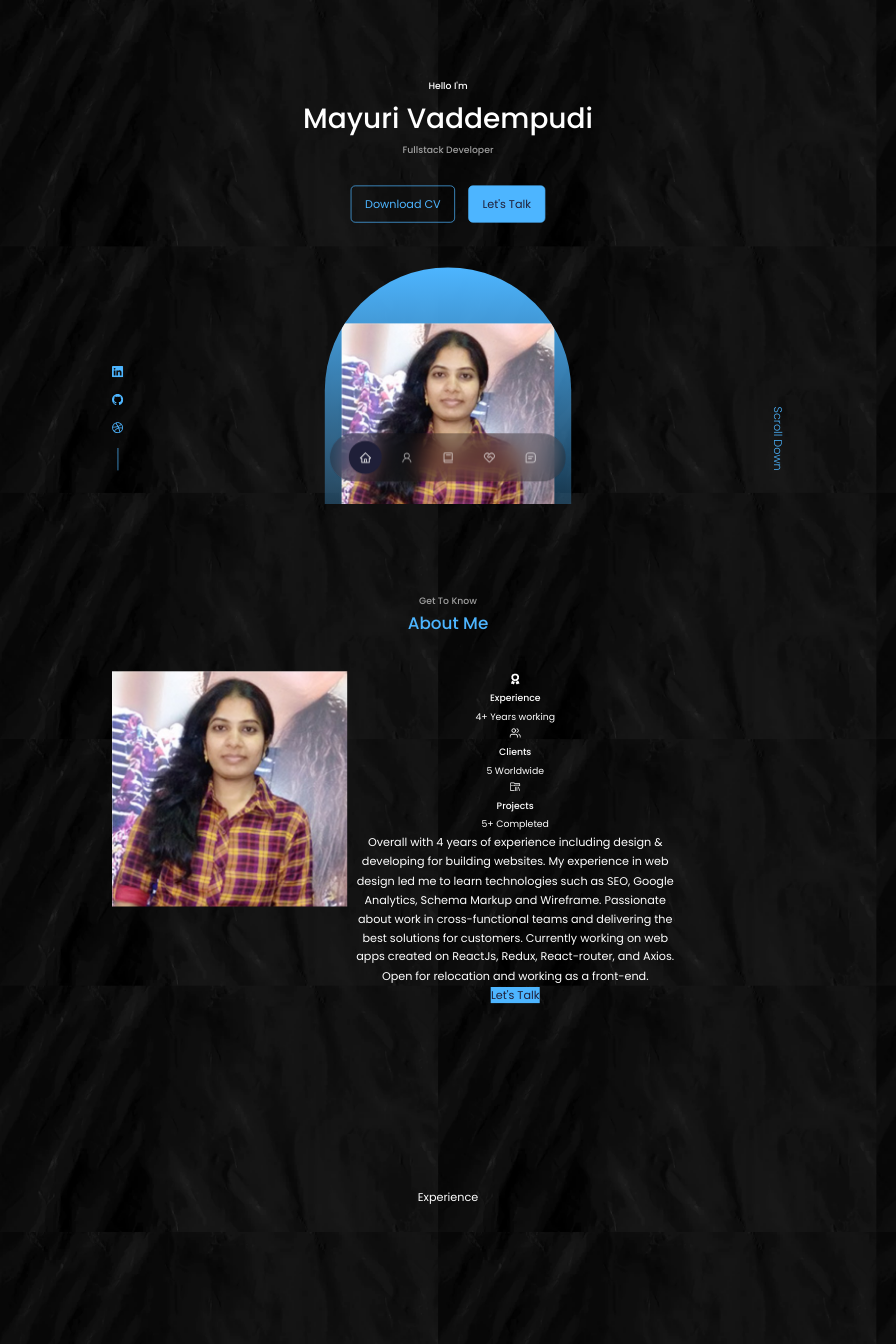
Repository: mayuri2018/Mr_react_portfolio
Page: /
These files come from the project's save history. The page is drawn as it stood at one moment and after the next save; the edit follows.
The browser window is 1280 px wide. The pictures show the part of the page from y = 0 to 1920 px (the page is 5835 px tall), at 70% of full size.
The project was rebuilt for these pictures with package versions that can differ from the ones it lists, and the page was loaded fresh each time. Also part of the build but not shown: src/components/experience/experience.css, src/components/services/services.css, src/components/portfolio/portfolio.css, src/components/testimonials/testimonials.css, src/components/contact/contact.css, src/components/footer/footer.css.

Above is the page before, as saved 2023-01-25 13:30:36.

### public/index.html
<!DOCTYPE html>
<html lang="en">
  <head>
    <meta charset="utf-8" />
    <link rel="icon" href="%PUBLIC_URL%/favicon.ico" />
    <meta name="viewport" content="width=device-width, initial-scale=1" />
    <meta name="theme-color" content="#000000" />
    <meta
      name="description"
      content="Web site created using create-react-app"
    />
    <link rel="apple-touch-icon" href="%PUBLIC_URL%/logo192.png" />
    <!--
      manifest.json provides metadata used when your web app is installed on a
      user's mobile device or desktop. See https://developers.google.com/web/fundamentals/web-app-manifest/
    -->
    <link rel="manifest" href="%PUBLIC_URL%/manifest.json" />
    <!--
      Notice the use of %PUBLIC_URL% in the tags above.
      It will be replaced with the URL of the `public` folder during the build.
      Only files inside the `public` folder can be referenced from the HTML.

      Unlike "/favicon.ico" or "favicon.ico", "%PUBLIC_URL%/favicon.ico" will
      work correctly both with client-side routing and a non-root public URL.
      Learn how to configure a non-root public URL by running `npm run build`.
    -->
    <title>React portfolio</title>
  </head>
  <body>
    <noscript>You need to enable JavaScript to run this app.</noscript>
    <div id="root"></div>
    <!--
      This HTML file is a template.
      If you open it directly in the browser, you will see an empty page.

      You can add webfonts, meta tags, or analytics to this file.
      The build step will place the bundled scripts into the <body> tag.

      To begin the development, run `npm start` or `yarn start`.
      To create a production bundle, use `npm run build` or `yarn build`.
    -->
  </body>
</html>

### src/index.css
@import url('https://fonts.googleapis.com/css2?family=Poppins:wght@300;400;500;600&display=swap');
*{
  margin:0;
  padding: 0;
  border: 0;
  outline: 0;
  box-sizing:border-box;
  list-style: none;
  text-decoration: none;
}
:root{
  --color-bg:#1f1f38;
  --color-bg-variant:#2c2c6c;
  --color-primary:#4db5ff;
  --color-primary-vriant:rgba(77,181,255,0.4);
  --color-white:#fff;
  --color-light:rgba(255, 255, 255, 0.6);
  --transition: all 400ms;
  --container-width-lg:75%;
  --container-width-md:86%;
  --container-width-ms:90%;
}

html {
  scroll-behavior: smooth;
}

::-webkit-scrollbar{
  display: none;
}
body{
  font-family: "Poppins", sans-serif;
  background:var (--color-white);
  color: var(--color-white);
  line-height: 1.7;
  background-image: url(../src/assets/bg-texture.webp);
}
/*---------general style---------*/
.container{
  width: var(--container-width-lg);
  margin: 0 auto;
}

h1,
h2,
h3,
h4,
h5{
  font-weight:500;
}
h1{
  font-size: 2.5rem;
}
section{
  margin-top: 8rem;
  height: 100vh;
}
section > h2,
section >h5{
  text-align: center;
  color: var(--color-light);
}
section > h2{
  color: var(--color-primary);
  margin-bottom: 3rem;
}
.text-light{
  color: var(--color-light);
}
a{
  color: var(--color-primary);
  transition: var(--transition);
}
a:hover{
  color: var(--color-white);
}
.btn{
  width: max-content;
  display: inline-block;
  color: var(--color-primary);
  padding: 0.75rem 1.2rem;
  border-radius: 0.4rem;
  cursor: pointer;
  border: 1px solid var(--color-primary);
  transition: var(--transition);
}
.btn:hover{
  background: var(--color-white);
  color: var(--color-bg);
  border-color: transparent;
}
.btn-primary{
  background: var(--color-primary);
  color: var(--color-bg);
}
img{
  display: block;
  width: 100%;
  object-fit: cover;
}
/*----------Media Queries (Medium devices)-----*/
@media screen and (max-width: 1024px){
  .container{
    width: var(--container-width-md);
  }
  section{
    margin-top: 6rem;
  }

}
/*----------Media Queries (small devices)-----*/
@media screen and (max-width: 600px){
  .container{
    width: var(--container-width-md);
  }
  section > h2{
    margin-bottom: 2rem;
  }

}

### src/App.js
import logo from './logo.svg';
import './App.css';
import Header from "./components/header/Header";
import Nav from "./components/nav/Nav";
import About from "./components/about/About";
import Experience from "./components/experience/Experience";
import Services from "./components/services/Services";
import Portfolio from "./components/portfolio/Portfolio";
import Testimonials from "./components/testimonials/Testimonials";
import Contact from "./components/contact/Contact";
import Footer from "./components/footer/Footer";

function App() {
  return (
    <div className="App">
      <Header/>
      <Nav/>
      <About/>
      <Experience/>
      <Services/>
      <Portfolio/>
      <Testimonials/>
      <Contact/>
      <Footer/>

    </div>
  );
}

export default App;

### src/components/header/Header.jsx
import React from "react";
import "./header.css";
import ME from "../../assets/ME.jpeg";
import CTA from "./CTA";
import HeaderSocials from "./HeaderSocials";

export default function Header(){
    return(
        <header>
            <div className="container header_container">
                <h5>Hello I'm</h5>
                <h1>Mayuri Vaddempudi</h1>
                <h5 className="text-light">Fullstack Developer</h5>
                <CTA/>
                <HeaderSocials/>
                <div className="me">
                    <img src={ME} alt="me"/>
                </div>
                <a href="#contact" className="scroll_down">Scroll Down</a>
            </div>
        </header>

    )
}

### src/components/nav/Nav.jsx
import React from "react";
import "./nav.css";
import {AiOutlineHome} from "react-icons/ai";
import {BiBook} from "react-icons/bi";
import {AiOutlineUser} from "react-icons/ai";
import {RiServiceLine} from "react-icons/ri";
import {BiMessageSquareDetail} from "react-icons/bi";
import { useState } from "react";

export default function Nav(){
    const[activeNav, setActiveNav] = useState("#")
    return(
        <nav>
            <a href="#" onClick = {()=> setActiveNav("#")}className={activeNav === "#" ? "active" : ""}><AiOutlineHome/></a>
            <a href="#about" onClick = {()=> setActiveNav("#about")}className={activeNav === "#about" ? "active" : ""}><AiOutlineUser/></a>
            <a href="#experience" onClick = {()=> setActiveNav("#experience")}className={activeNav === "#experience" ? "active" : ""}><BiBook/></a>
            <a href="#services" onClick = {()=> setActiveNav("#services")}className={activeNav === "#services" ? "active" : ""}><RiServiceLine/></a>
            <a href="#contact" onClick = {()=> setActiveNav("#contact")}className={activeNav === "#contact" ? "active" : ""}><BiMessageSquareDetail/></a>
        </nav>

    )
}

### src/components/about/About.jsx
import React from "react";
import "./about.css";
import ME from "../../assets/ME.jpeg";
import{FaAward} from "react-icons/fa";
import{FiUsers} from "react-icons/fi";
import{VscFolderLibrary} from "react-icons/vsc";

export default function About(){
    return(
        <section id="about">
            <h5>Get To Know</h5>
            <h2>About Me</h2>
            <div className="container about_container">
                <div className="about_me">
                    <div className="about_me-image">
                        <img src={ME} alt="About-image"/>
                    </div>
                </div>

                <div className="about_content">
                    <div className="about_cards">
                        <article className="about_card">
                            <FaAward className="about_icon"/>
                            <h5>Experience</h5>
                            <small>4+ Years working</small>
                        </article>

                        <article className="about_card">
                            <FiUsers className="about_icon"/>
                            <h5>Clients</h5>
                            <small>5 Worldwide</small>
                        </article>

                        <article className="about_card">
                            <VscFolderLibrary className="about_icon"/>
                            <h5>Projects</h5>
                            <small>5+ Completed</small>
                        </article>
                    </div>
                    <p>
                    Overall with 4 years of experience including design & developing for building websites.
                    My experience in web design led me to learn technologies such as SEO, Google Analytics,
                    Schema Markup and Wireframe.
                    Passionate about work in cross-functional teams and delivering the best solutions for customers.
                    Currently working on web apps created on ReactJs, Redux, React-router, and Axios.
                    Open for relocation and working as a front-end.
                    </p>
                    <a href="#contact" className="btn-primary">Let's Talk</a>
                </div>
            </div>
        </section>
    )
}

### src/components/experience/Experience.jsx
import React from "react";
import "./experience.css";

export default function Experience (){
    return(
        <section id="experience">Experience</section>
    )
}

### src/components/services/Services.jsx
import React from "react";
import "./services.css";

export default function Services(){
    return(
        <section id="services">Services</section>
    )
}

### src/components/portfolio/Portfolio.jsx
import React from "react";
import "./portfolio.css";

export default function Portfolio(){
    return(
        <section id="portfolio">Portfolio</section>
    )
}

### src/components/testimonials/Testimonials.jsx
import React from "react";
import "./testimonials.css";

export default function Testimonials(){
    return(
        <section id="testimonials">Testimonials</section>
    )
}

### src/components/contact/Contact.jsx
import React from "react";
import "./contact.css";

export default function Contact(){
    return(
        <section id="contact">Contact</section>
    )
}

### src/components/footer/Footer.jsx
import React from "react";
import "./footer.css";

export default function Footer(){
    return(
        <div>Footer</div>
    )
}

### src/components/header/header.css
header{
    height: 100vh;
    padding-top: 7rem;
    overflow: hidden;
}
.header_container{
    text-align: center;
    height: 100%;
    position: relative;
}
/*------------CTA-----------*/
.cta{
    margin-top: 2.5rem;
    display: flex;
    gap: 1.2rem;
    justify-content: center;
}
/*------------headerSocials-----------*/
.header_socials{
    display: flex;
    flex-direction: column;
    align-items: center;
    gap: 0.8rem;
    position: absolute;
    left: 0;
    bottom: 3rem;
}
.header_socials::after{
    content: "";
    width: 1px;
    height: 2rem;
    background: var(--color-primary);
}
/*------------ME-----------*/
.me{
    background: linear-gradient(var(--color-primary), transparent);
    width: 22rem;
    height: 30rem;
    position: absolute;
    left: calc(50% - 11rem);
    margin-top: 4rem;
    border-radius: 12rem 12rem 0 0;
    overflow: hidden;
    padding: 5rem 1.5rem 1.5rem 1.5rem;
}
/*------------scroll down-----------*/
.scroll_down{
    position: absolute;
    right: -2.3rem;
    bottom: 5rem;
    transform: rotate(90deg);
    font-weight: 300;
    font-size: 0.9;
}
/*----------Media Queries (Medium devices)-----*/
@media screen and (max-width: 1024px){
    header{
        height: 68vh;
    }

  }
  /*----------Media Queries (small devices)-----*/
  @media screen and (max-width: 600px){
    header{
        height: 100vh;
    }
    .header_socials,
    .scroll_down{
        display: none;
    }
  }

### src/components/header/CTA.jsx
import React from "react";

export default function CTA(){
    return(
        <div className="cta">
           <a href="{CV}" className="btn">Download CV</a>
           <a href="#contact" className="btn btn-primary">Let's Talk</a>
        </div>
    )
}

### src/components/header/HeaderSocials.jsx
import React from "react";
import {BsLinkedin} from "react-icons/bs";
import {BsGithub} from "react-icons/bs";
import {FaDribbble} from "react-icons/fa";

export default function HeaderSocials(){
    return(
        <div className="header_socials">
            <a href="https://linkedin.com" target="_blank"><BsLinkedin/></a>
            <a href="https://github.com" target="_blank"><BsGithub/></a>
            <a href="https://dribble.com" target="_blank"><FaDribbble/></a>
        </div>
    )
}

### src/components/nav/nav.css
nav{
    background: rgba(0, 0, 0, 0.3);
    width: max-content;
    display: block;
    padding: 0.7rem 1.7rem;
    z-index: 2;
    position: fixed;
    left: 50%;
    transform: translate(-50%);
    bottom: 2rem;
    display: flex;
    gap: 0.8rem;
    border-radius: 3rem;
    backdrop-filter: blur(15px);
}
nav a{
    background: transparent;
    padding: 0.9rem;
    border-radius: 50%;
    display: flex;
    color: var(--color-light);
    font-size: 1.1rem;
}
nav a:hover{
    background:rgba(0, 0, 0, 0.3);
}
nav a.active{
    background: var(--color-bg);
    color: var(--color-white);
}

### src/components/about/about.css
.about_container{
    display: grid;
    grid-template-columns: 35% 50%;
}

Loaded but not shown: src/index.js (common file); src/reportWebVitals.js (common file); src/App.css (common file)

After the next save:
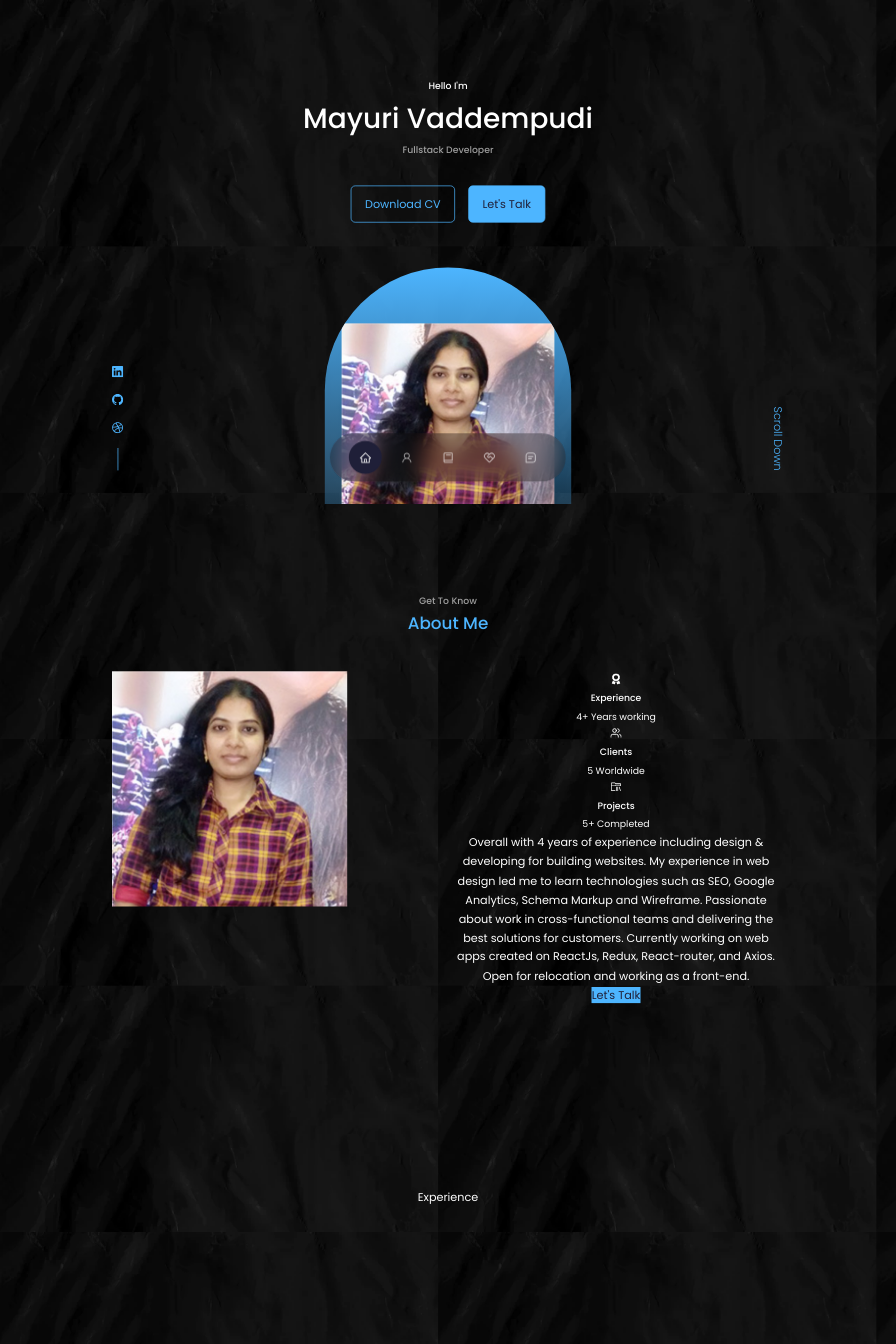
Saved 11 s later.
--- a/src/components/about/about.css
+++ b/src/components/about/about.css
@@ -1,4 +1,5 @@
 .about_container{
     display: grid;
     grid-template-columns: 35% 50%;
+    gap:15%;
 }
